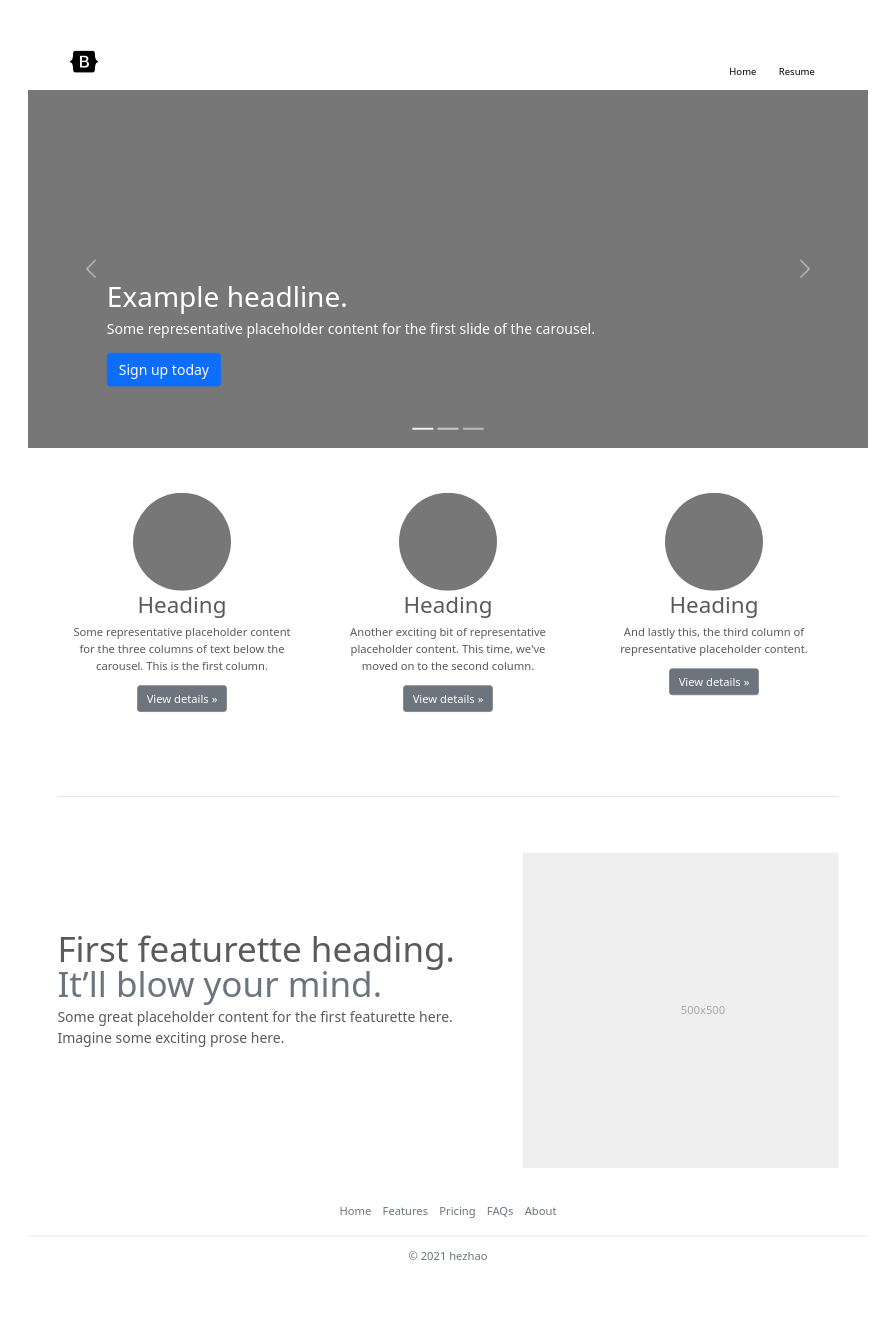
Repository: HeZhao-hugh/personal-web
Page: index.html
An editor plug-in stored every save of this project. The page is shown before and after the next save, followed by the edit.
The browser window is 1280 px wide. The pictures show the whole page, at 70% of full size.

Above is the page before, as saved 2022-01-19 18:54:35.

After the next save:
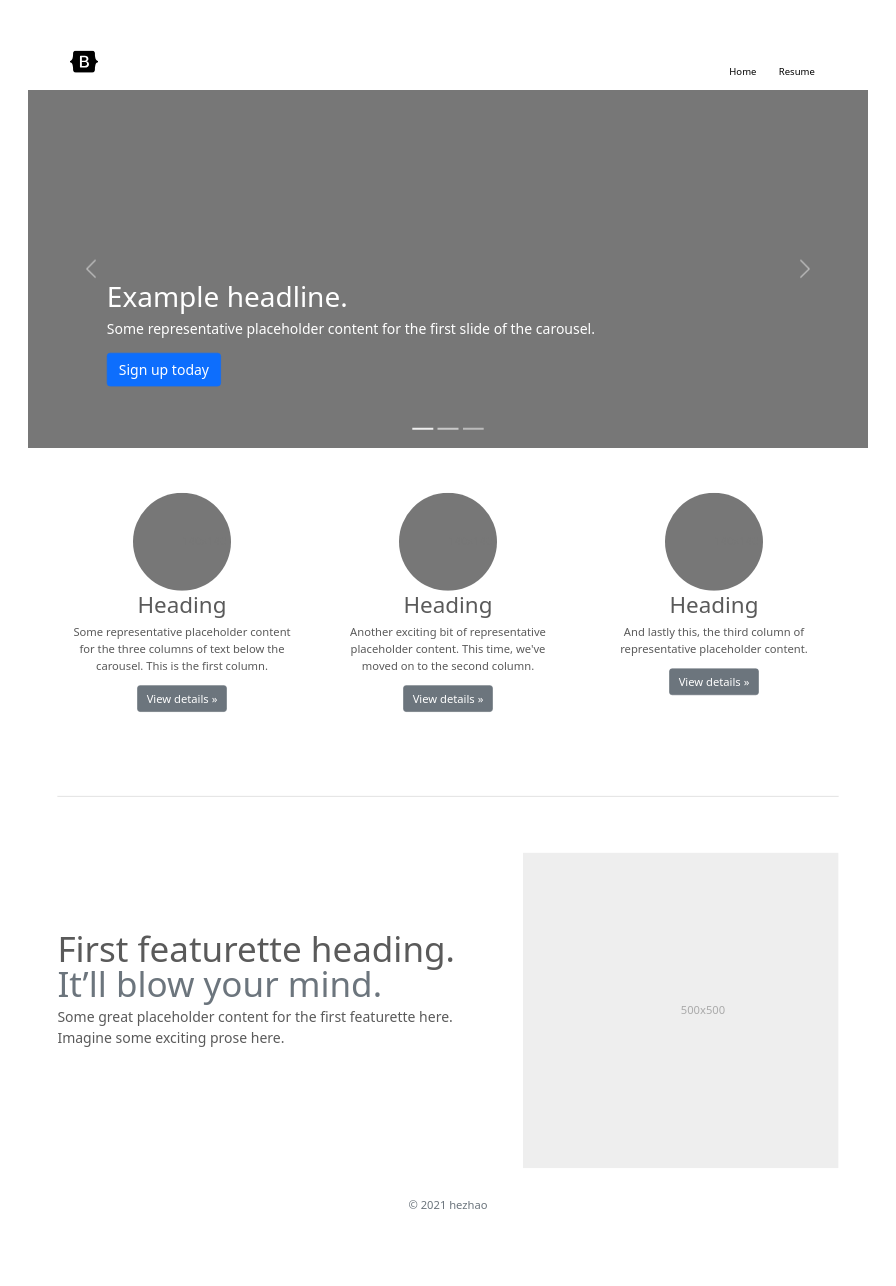
Saved 32 s later.
--- a/index.html
+++ b/index.html
@@ -393,13 +393,13 @@
 
 
         <footer class="py-3 my-4">
-            <ul class="nav justify-content-center border-bottom pb-3 mb-3">
+            <!-- <ul class="nav justify-content-center border-bottom pb-3 mb-3">
                 <li class="nav-item"><a href="#" class="nav-link px-2 text-muted">Home</a></li>
                 <li class="nav-item"><a href="#" class="nav-link px-2 text-muted">Features</a></li>
                 <li class="nav-item"><a href="#" class="nav-link px-2 text-muted">Pricing</a></li>
                 <li class="nav-item"><a href="#" class="nav-link px-2 text-muted">FAQs</a></li>
                 <li class="nav-item"><a href="#" class="nav-link px-2 text-muted">About</a></li>
-            </ul>
+            </ul> -->
             <p class="text-center text-muted">&copy; 2021 hezhao</p>
         </footer>
 
